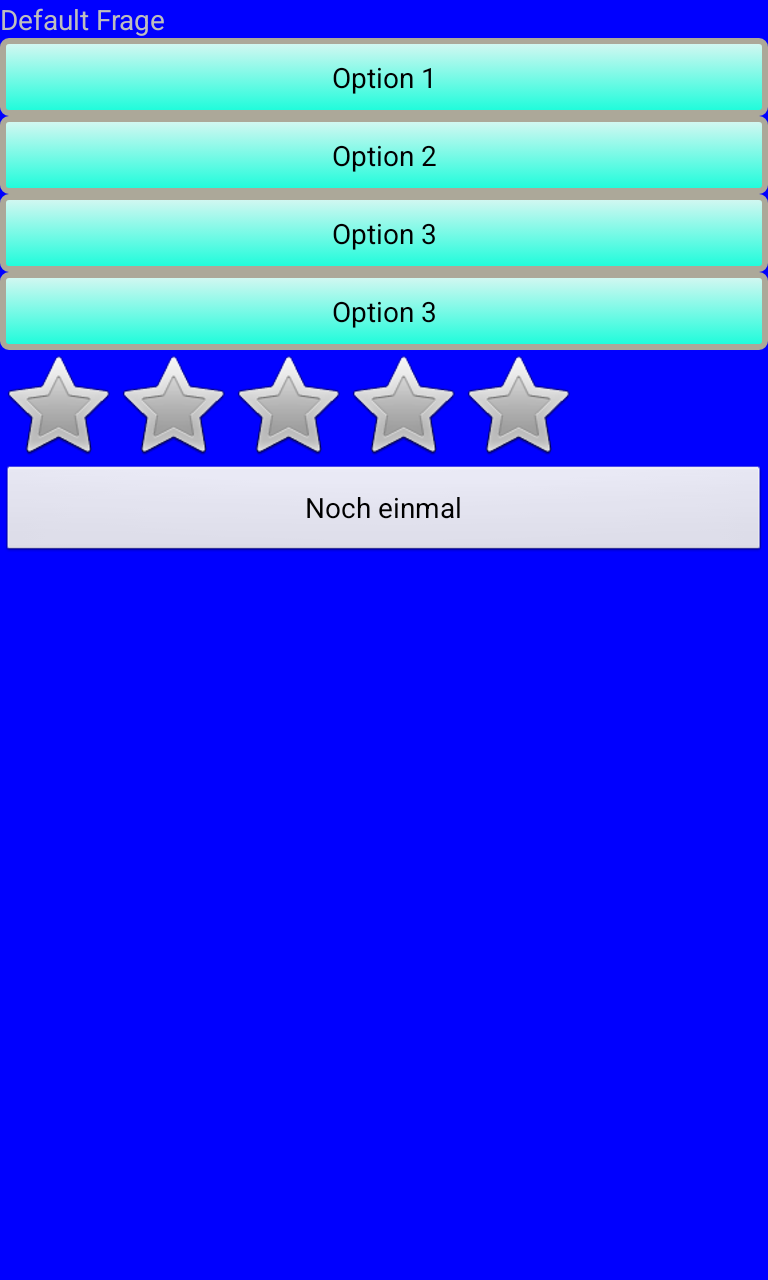
Repository: rueckemann/WWM
Layout: WWM/res/layout/main.xml
These files come from the project's save history. The layout is drawn as it stood at one moment and after the next save; the edit follows.
It is drawn on a 768 x 1280 px phone screen (xhdpi) without system bars, with theme WWM_Style; the app's code is not run.

Above is the layout before, as saved 2012-02-20 20:06:11.

After the next save:
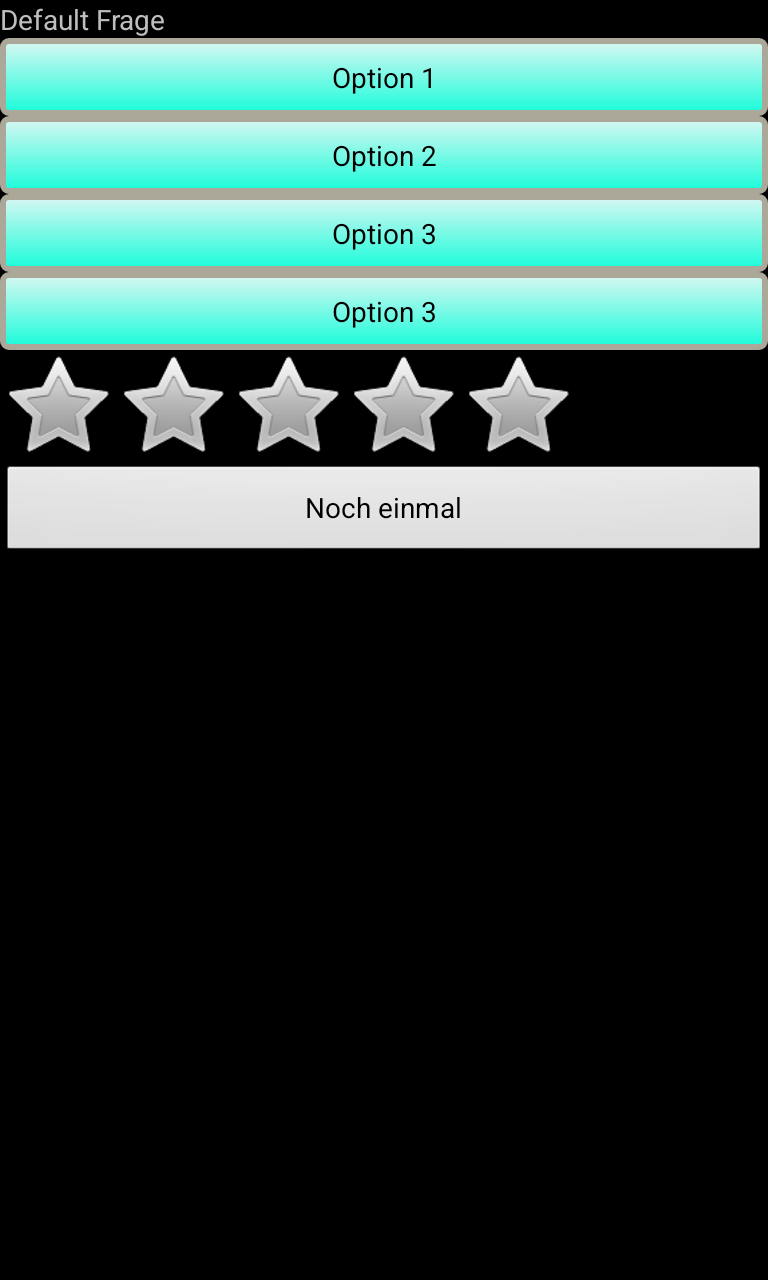
Saved 55 s later.
--- a/WWM/res/values/styles.xml
+++ b/WWM/res/values/styles.xml
@@ -3,7 +3,7 @@
 
    <style name="WWM_Style" parent="android:Theme">
         <item name="android:windowTitleBackgroundStyle">@color/titlebackgroundcolor</item>
-        <item name="android:background">@color/blue</item>
+
         <item name="android:windowBackground">@color/black</item>
     		<item name="android:colorBackground">@color/red</item>
     </style>

After the save that followed:
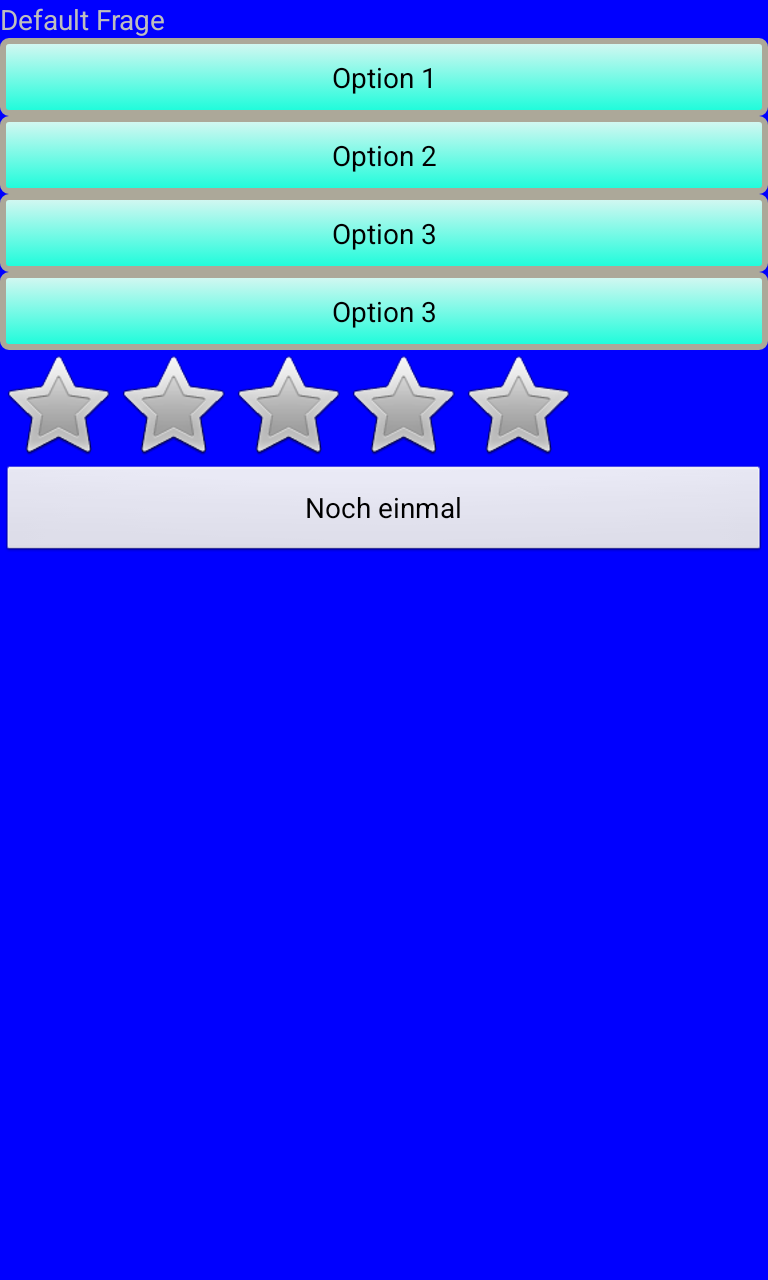
Saved 46 s later.
--- a/WWM/res/values/styles.xml
+++ b/WWM/res/values/styles.xml
@@ -3,7 +3,7 @@
 
    <style name="WWM_Style" parent="android:Theme">
         <item name="android:windowTitleBackgroundStyle">@color/titlebackgroundcolor</item>
-
+         <item name="android:background">@color/blue</item>
         <item name="android:windowBackground">@color/black</item>
     		<item name="android:colorBackground">@color/red</item>
     </style>
